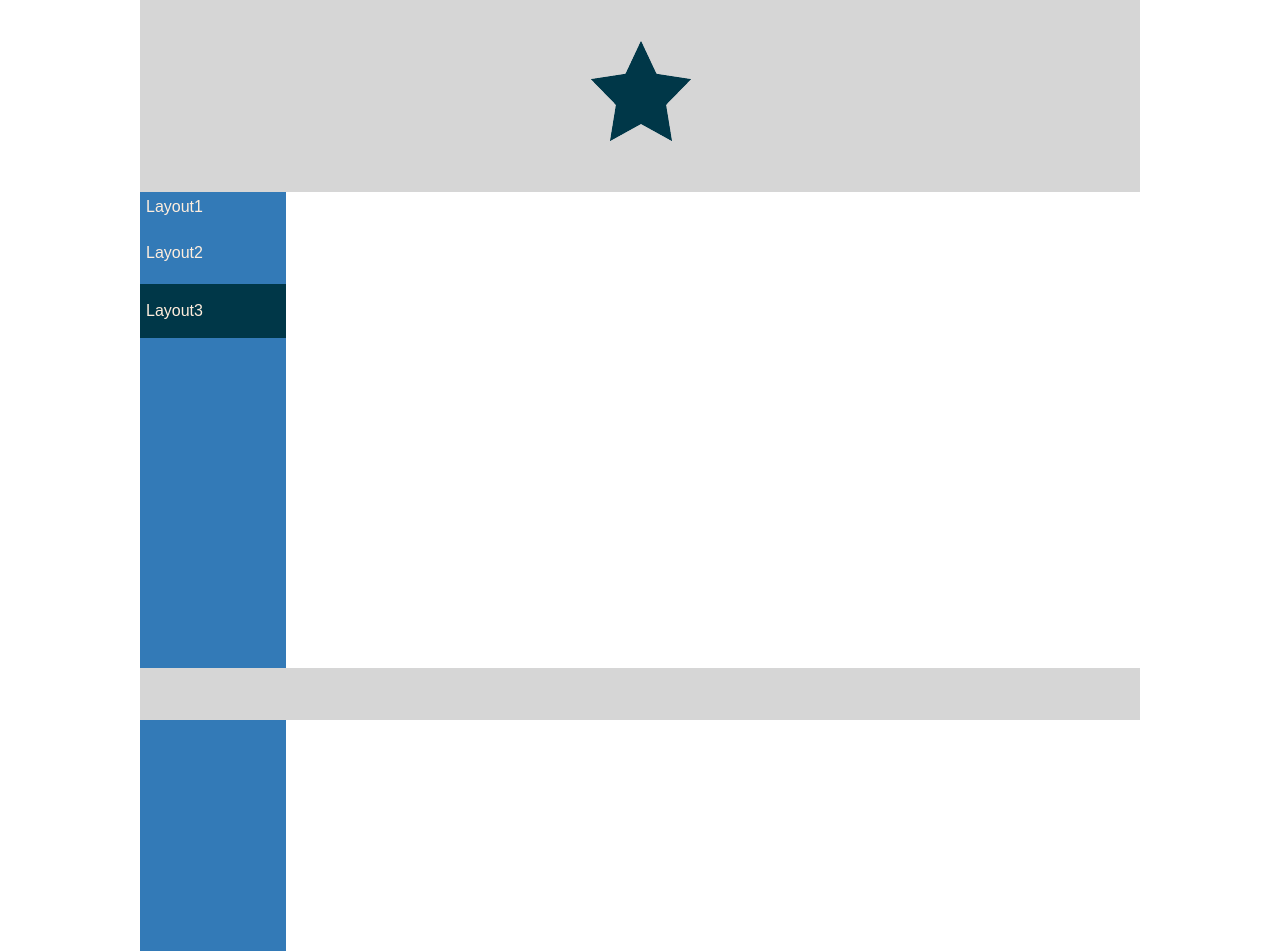
Repository: baliayassin/MyGame
Page: Documents/Aptana Studio 3 Workspace/homeWork2/layOut3.html
An editor plug-in stored every save of this project. The page is shown before and after the next save, followed by the edit.
The browser window is 1280 px wide. The pictures show the whole page.

Above is the page before, as saved 2017-12-11 18:52:24.

After the next save:
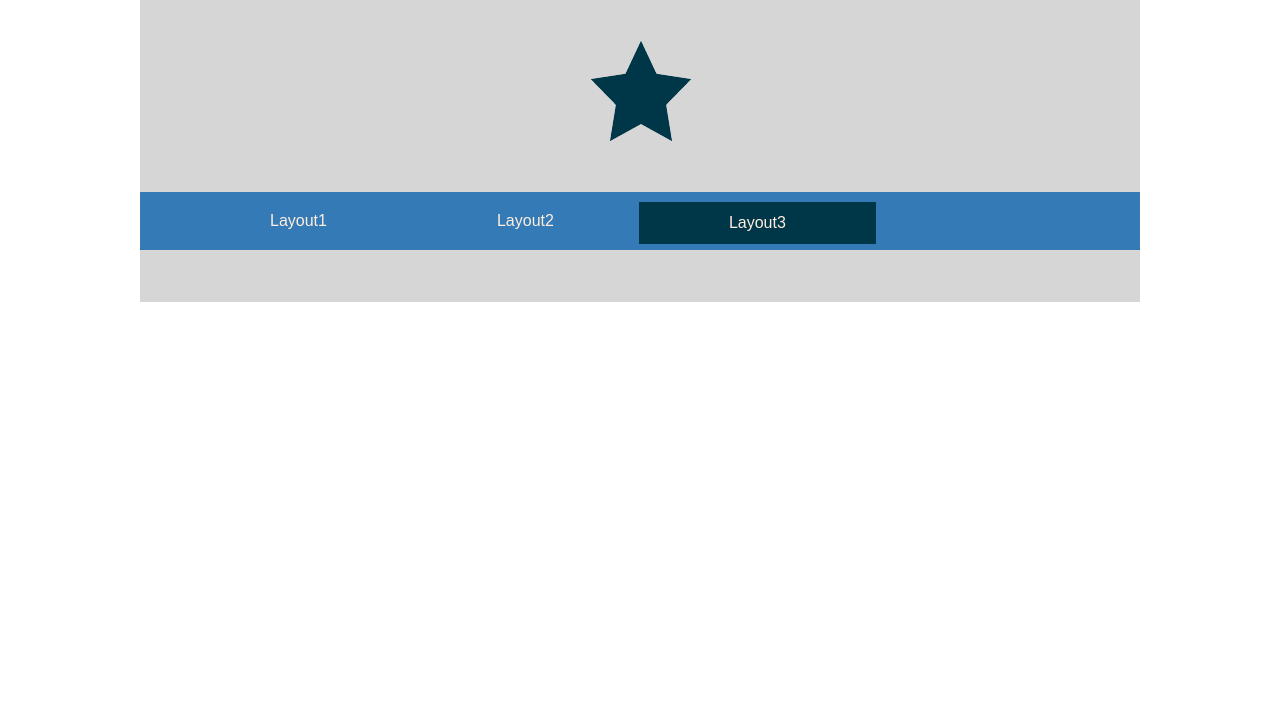
Saved 53 s later.
--- a/Documents/Aptana Studio 3 Workspace/homeWork2/layOut3.html
+++ b/Documents/Aptana Studio 3 Workspace/homeWork2/layOut3.html
@@ -12,7 +12,7 @@
 
 
 
-		<body id="wrapper2">
+		<body id="wrapper">
 <main>
 		<header>
 	       <a href="layOut3.html"> </a>
